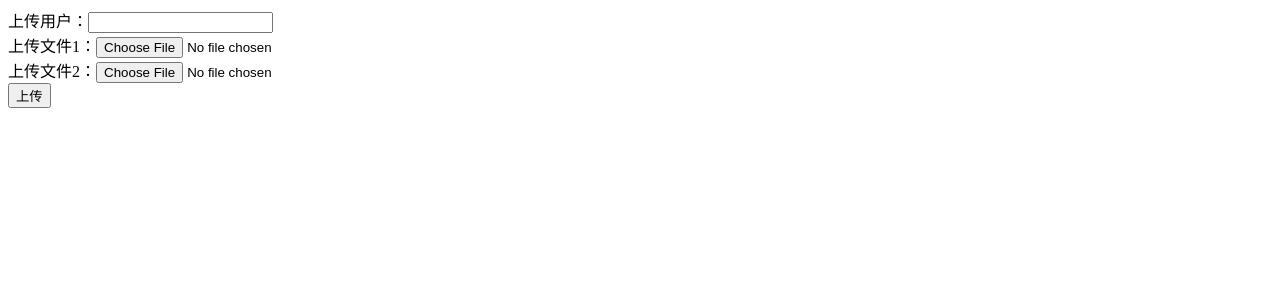
Repository: precipices/SPM
Page: http://localhost/FileTest/upload.jsp
These files come from the project's save history. The page is drawn as it stood at one moment and after the next save; the edit follows.
The browser window is 1280 px wide. The pictures show the whole page.
The page is served by Tomcat 9.

Above is the page before, as saved 2017-12-10 06:06:36.

### 文件操作test/FileTest/WebContent/upload.jsp
<%@ page language="java" contentType="text/html; charset=UTF-8"
    pageEncoding="UTF-8"%>
<!DOCTYPE html PUBLIC "-//W3C//DTD HTML 4.01 Transitional//EN" "http://www.w3.org/TR/html4/loose.dtd">
<html>
<head>
<meta http-equiv="Content-Type" content="text/html; charset=UTF-8">
<title>Insert title here</title>
</head>
<body>
<form action="UploadServlet2" enctype="multipart/form-data" method="post">
上传用户：<input type="text" name="username"/><br/>
上传文件1：<input type="file" name="file1"/><br/>
上传文件2：<input type="file" name="file2" /><br/>
<input type="submit" value="上传"/>
</form>
</body>
</html>

After the next save:
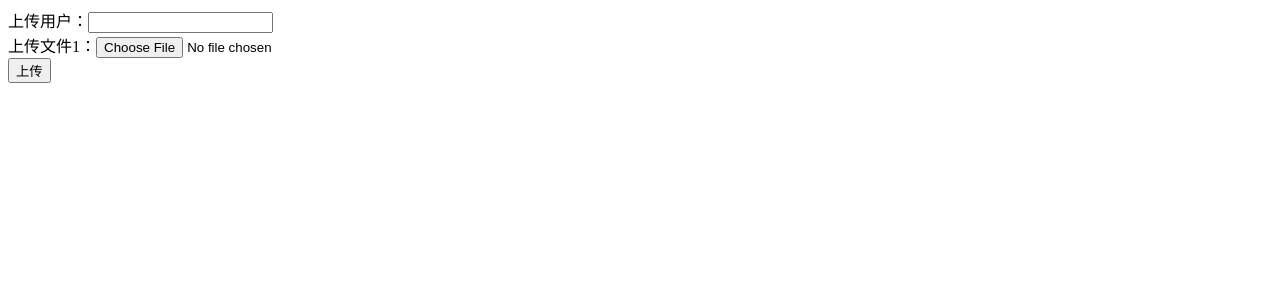
Saved 2 min 31 s later.
--- a/文件操作test/FileTest/WebContent/upload.jsp
+++ b/文件操作test/FileTest/WebContent/upload.jsp
@@ -10,7 +10,7 @@
 <form action="UploadServlet2" enctype="multipart/form-data" method="post">
 上传用户：<input type="text" name="username"/><br/>
 上传文件1：<input type="file" name="file1"/><br/>
-上传文件2：<input type="file" name="file2" /><br/>
+<!-- 上传文件2：<input type="file" name="file2" /><br/> -->
 <input type="submit" value="上传"/>
 </form>
 </body>
